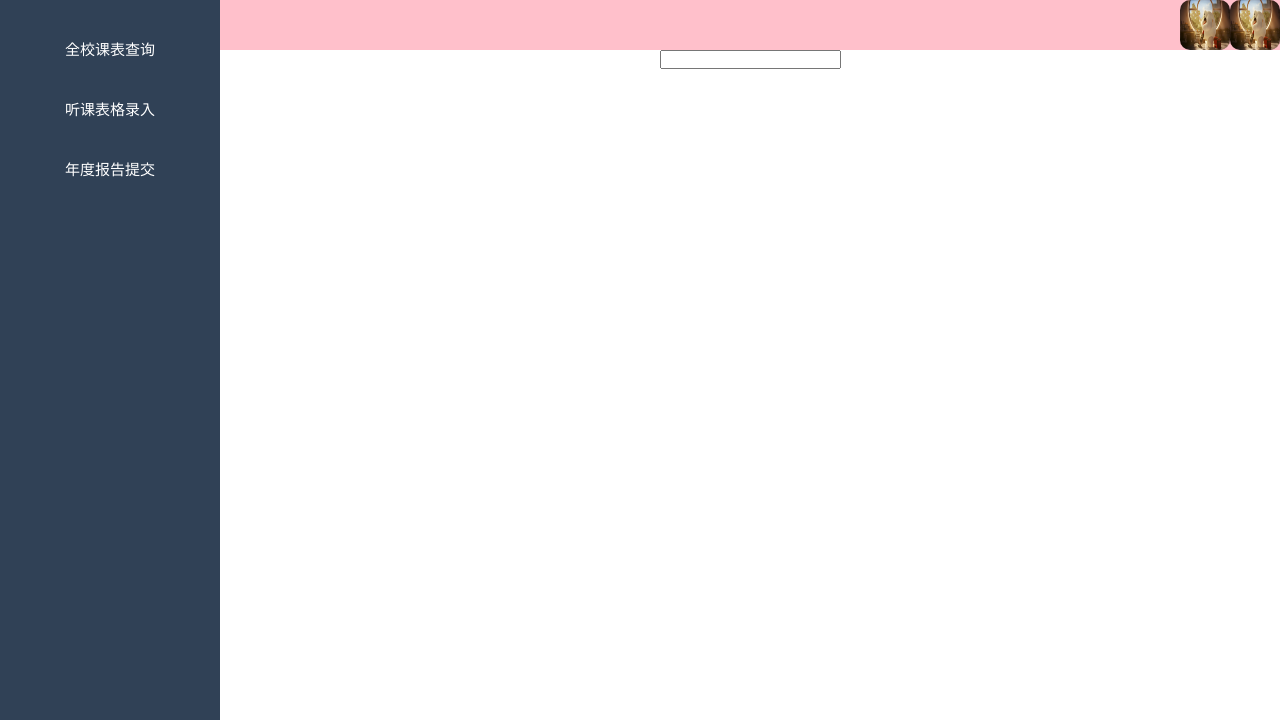
Repository: shandamengcheng/graduate-project
Page: /home
These files come from the project's save history. The page is drawn as it stood at one moment and after the next save; the edit follows.
The browser window is 1280 px wide. The pictures show the whole page.
The project was rebuilt for these pictures with package versions that can differ from the ones it lists, and the page was loaded fresh each time. Also part of the build but not shown: src/views/Login.vue.

Above is the page before, as saved 2021-03-11 00:26:09.

### src/App.vue
<template>
  <div id="app">
    <router-view/>
  </div>
</template>

<style>
* {
  margin: 0;
  padding: 0;
  -webkit-box-sizing: inherit;
  box-sizing: inherit;
}

#app, html, body{
  font-family: Avenir, Helvetica, Arial, sans-serif;
  -webkit-font-smoothing: antialiased;
  -moz-osx-font-smoothing: grayscale;
  text-align: center;
  color: #2c3e50;
  height: 100%;
  overflow: hidden;
}

</style>

### src/router/index.js
import Vue from 'vue'
import VueRouter from 'vue-router'
import Home from '../views/Home.vue'
import Login from '../views/Login.vue';

Vue.use(VueRouter)

const routes = [
  {
    path: '/',
    name: 'Login',
    component: Login
  },
  {
    path: '/home',
    name: Home,
    component: Home
  }
]

const router = new VueRouter({
  mode: 'history',
  base: process.env.BASE_URL,
  routes
})

export default router

### src/views/Home.vue
<template>
  <div class="home">
    <SideBar />
    <div class="nav">
      <NavigationBar />
      <Search />
    </div>
    <router-view />
  </div>
</template>

<script>
// @ is an alias to /src
import Login from "@/views/Login";
import SideBar from "@/components/SideBar";
import NavigationBar from "@/components/NavigationBar";
import Search from "@/components/Search";

export default {
  name: "Home",
  components: {
    Login,
    SideBar,
    NavigationBar,
    Search,
  },
};
</script>

<style scoped>
.home {
  min-height: 100%;
  width: 100%;
  display: flex;
  flex-direction: row;
  /* background-color: #2d3a4b;
    color: white; */
  overflow: hidden;
}
.nav {
  width: calc(100% - 220px);
}
</style>

### src/components/SideBar.vue
<template>
  <div class="sidebar">
    <SideBarItem>
      <div>全校课表查询</div>
    </SideBarItem>
    <SideBarItem>
      <div>听课表格录入</div>
    </SideBarItem>
    <SideBarItem>
      <div>年度报告提交</div>
    </SideBarItem>
  </div>
</template>

<script>
import SideBarItem from "@/components/SideBarItem";

export default {
  name: "SideBar",
  components: {
    SideBarItem,
  }
}
</script>

<style scoped>
.sidebar {
  width: 220px;
  height: 100vh;
  background: #304156;
  color: white;
  font-size: 15px;
  text-align: center;
  display: flex;
  flex-direction: column;
  padding-top: 20px;
}
</style>

### src/components/NavigationBar.vue
<template>
  <div class="navbar">
    <img src="@/assets/bai.jpg" class="avatar-img">
    <img src="@/assets/bai.jpg" class="avatar-submenu">
  </div>
</template>

<script>
export default {
  name: "NavigationBar",
}
</script>

<style scoped>
.navbar {
  width: 100%;
  height: 50px;
  background: pink;
  display: flex;
  justify-content: flex-end;
}
.navbar img {
  display: inline-block;
  height: 100%;
  width: 50px;
  border-radius: 10px;
}
</style>

### src/components/Search.vue
<template>
  <div class="Search">
    <input type="search" />
  </div>
</template>

<script>
export default {
  name: "Search",
};
</script>

<style scoped>
.Search {
  width: 80%;
  margin: auto;
  height: 30px;
}
</style>

### src/components/SideBarItem.vue
<template>
  <div class="sidebar-item" @click="showSearchView">
    <slot>默认列表项</slot>
  </div>
</template>

<script>
export default {
  name: "SideBarItem",
  methods: {
    showSearchView: function() {
      this.$router.push('/home/search');
    }
  }
}
</script>

<style scoped>
.sidebar-item {
  height: 60px;
  padding: 0 10px;
  line-height: 60px;
  border: none;
  outline: none;
  cursor: pointer;
  display: flex;
  justify-content: center;
}
.sidebar-item img {
  /* display: inline-block; */
  align-self: center;
  height: 50%;
  vertical-align: middle;
  width: 15%;
  /* margin-right: 5px; */
}
.sidebar-item div {
  width: 60%;
  /* display: inline-block; */
}
</style>

Loaded but not shown: public/index.html (common file); src/main.js (common file); src/store/index.js (common file)

After the next save:
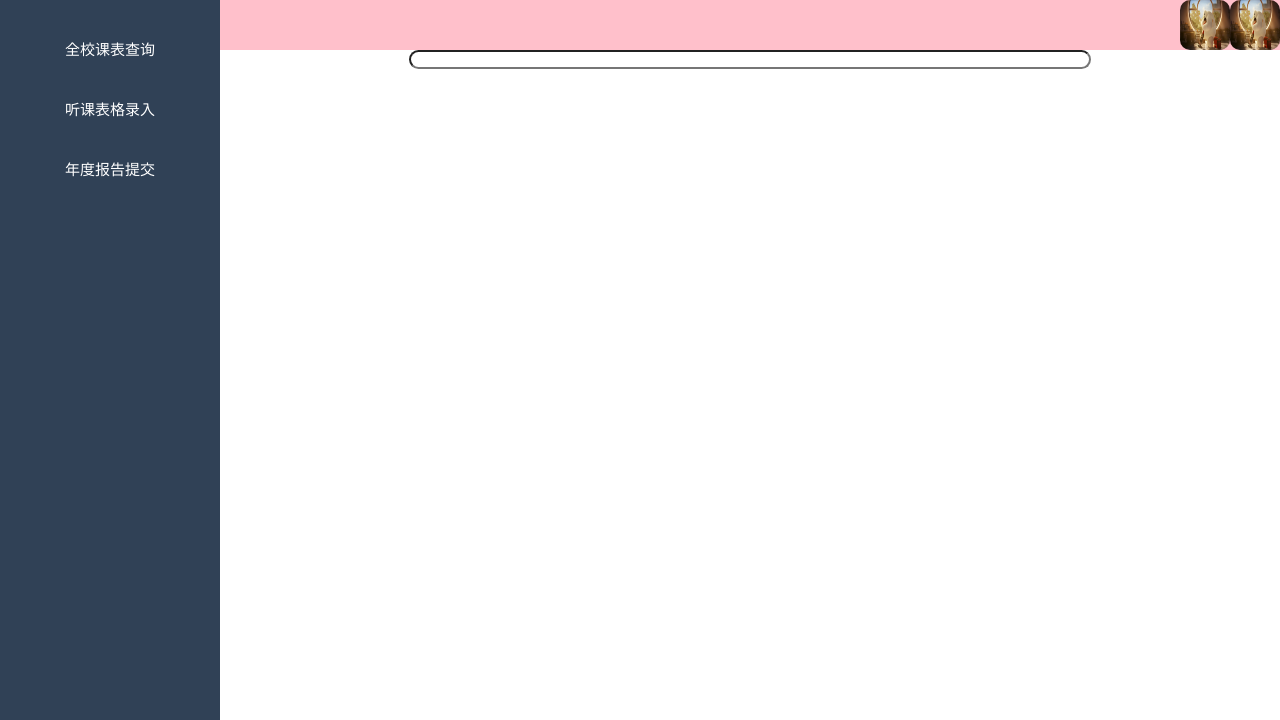
Saved 92 s later.
--- a/src/components/Search.vue
+++ b/src/components/Search.vue
@@ -16,4 +16,11 @@ export default {
   margin: auto;
   height: 30px;
 }
+.Search input {
+  display: block;
+  width: 80%;
+  margin: auto;
+  border-radius: 10px;
+  outline: none;
+}
 </style>
